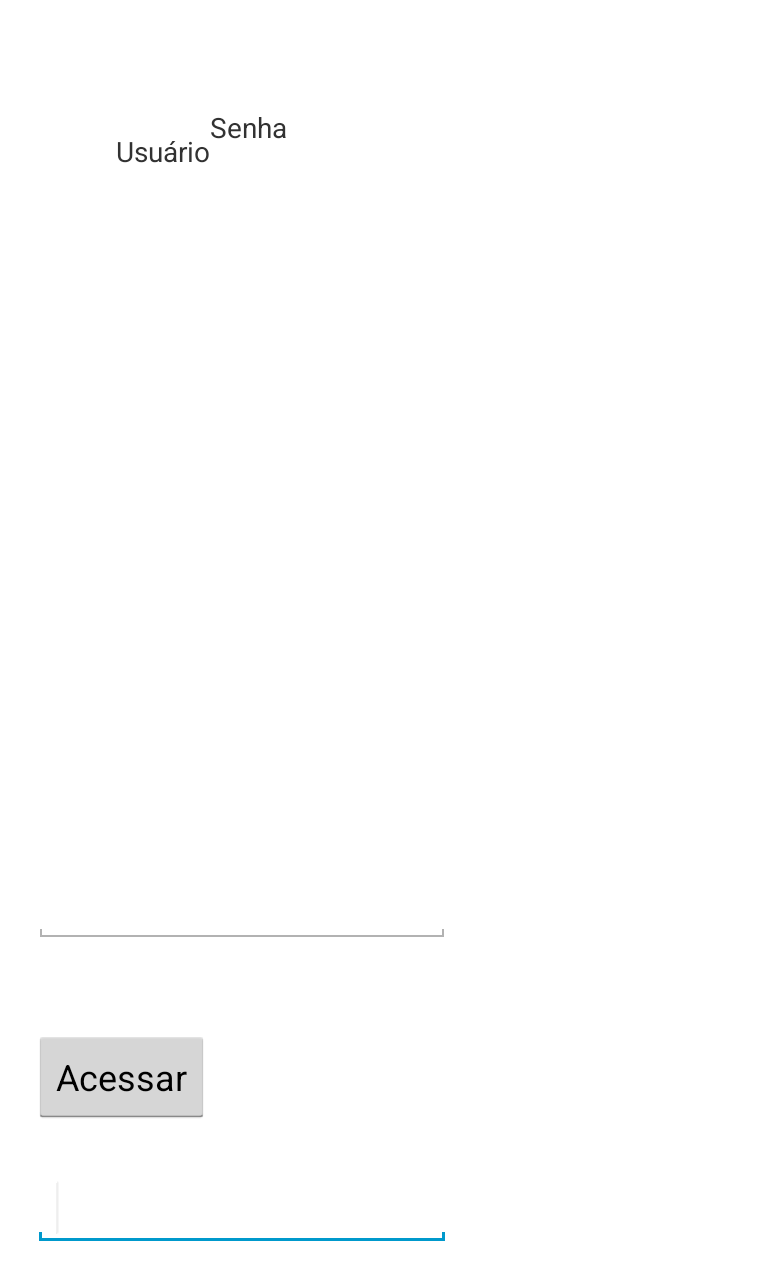
Repository: lmqs/ProjetoAndroid
Layout: QuestoesConcursos/res/layout/activity_login.xml
These files come from the project's save history. The layout is drawn as it stood at one moment and after the next save; the edit follows.
It is drawn on a 768 x 1280 px phone screen (xhdpi) without system bars, with theme AppTheme; the app's code is not run.

Above is the layout before, as saved 2014-04-26 17:16:32.

After the next save:
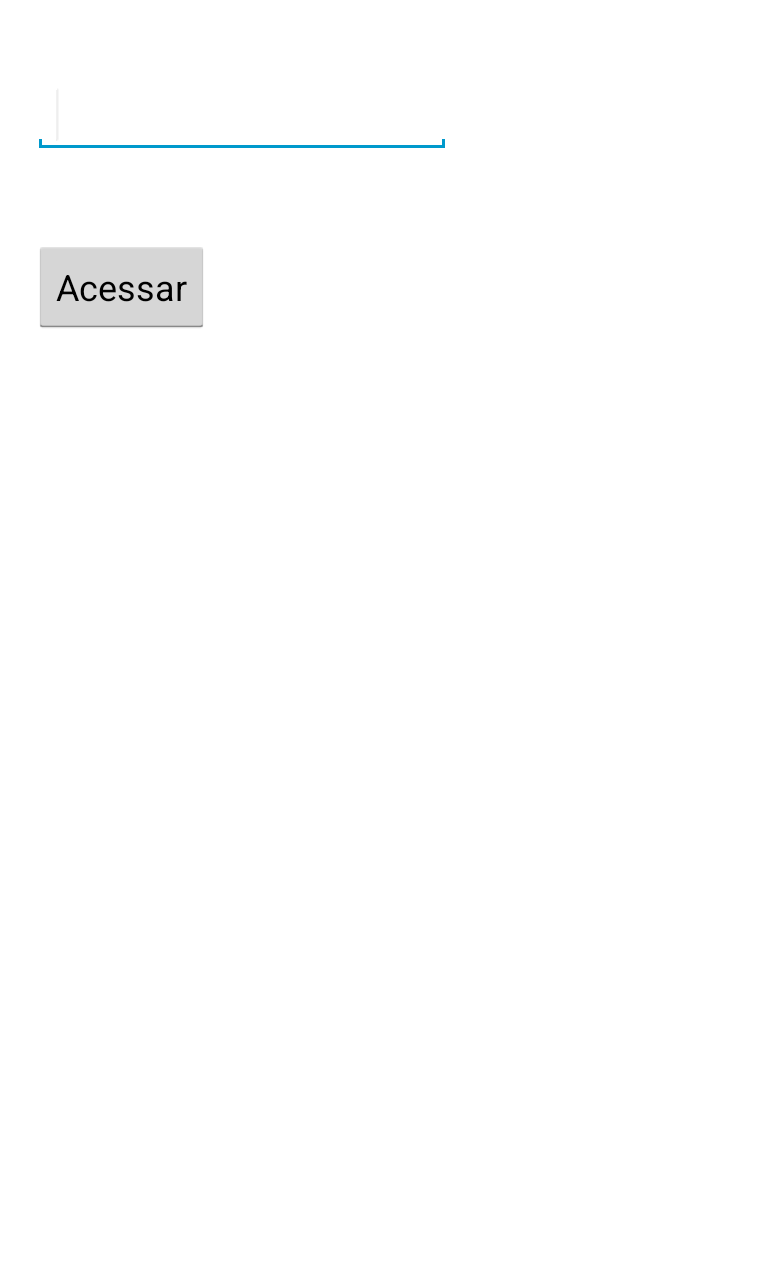
Saved 2 min 0 s later.
--- a/QuestoesConcursos/res/layout/activity_login.xml
+++ b/QuestoesConcursos/res/layout/activity_login.xml
@@ -8,41 +8,6 @@
     android:paddingRight="@dimen/activity_horizontal_margin"
     android:paddingTop="@dimen/activity_vertical_margin"
     tools:context=".Login" >
-
-    <LinearLayout
-        android:layout_width="148dp"
-                android:layout_weight="0.33"
-        android:orientation="horizontal" >
-
-        <TextView
-            android:id="@+id/textView1"
-            android:layout_width="wrap_content"
-            android:layout_height="wrap_content"
-            android:layout_marginLeft="42dp"
-            android:layout_marginTop="50dp"
-            android:text="@string/lblnome" />
-
-        <TextView
-            android:id="@+id/textView2"
-            android:layout_width="wrap_content"
-            android:layout_height="wrap_content"
-            android:layout_marginTop="38dp"
-            android:text="@string/lblSenha" />
-    </LinearLayout>
-
-    <EditText
-        android:id="@+id/txtNomeUsuario"
-        android:layout_width="wrap_content"
-        android:layout_height="wrap_content"
-        android:ems="10"
-        android:inputType="text|number" />
-
-    <Button
-        android:id="@+id/button1"
-        android:layout_width="wrap_content"
-        android:layout_height="wrap_content"
-        android:layout_marginTop="42dp"
-        android:text="@string/btnLogar" />
 
     <EditText
         android:id="@+id/editText1"
@@ -55,4 +20,13 @@
         <requestFocus />
     </EditText>
 
+    <Button
+        android:id="@+id/button1"
+        android:layout_width="wrap_content"
+        android:layout_height="wrap_content"
+        android:layout_marginTop="42dp"
+        android:text="@string/btnLogar" />
+
+
+
 </LinearLayout>
